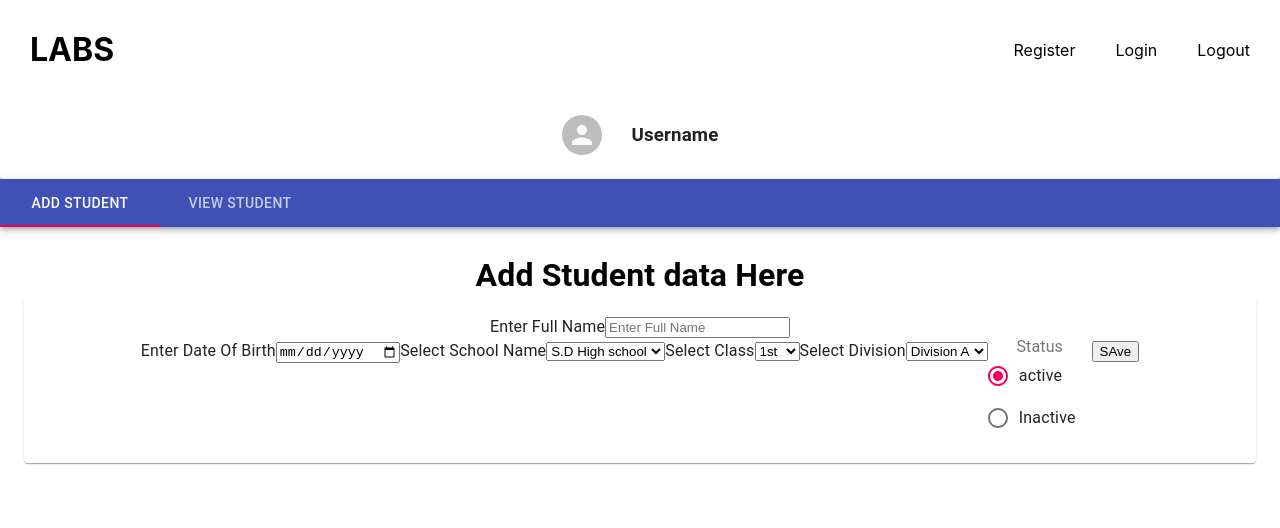
Repository: Prafullkuma/labsdata
Page: /admin
An editor plug-in stored every save of this project. The page is shown before and after the next save, followed by the edit.
The browser window is 1280 px wide. The pictures show the whole page.
The project was rebuilt for these pictures with package versions that can differ from the ones it lists, and the page was loaded fresh each time. Also part of the build but not shown: src/Component/Student/ViewStudent.js, src/Component/Main.js, src/Auth/Login.js, src/Auth/Signup.js, src/Auth/Logout.js.

Above is the page before, as saved 2020-08-25 18:34:11.

After the next save:
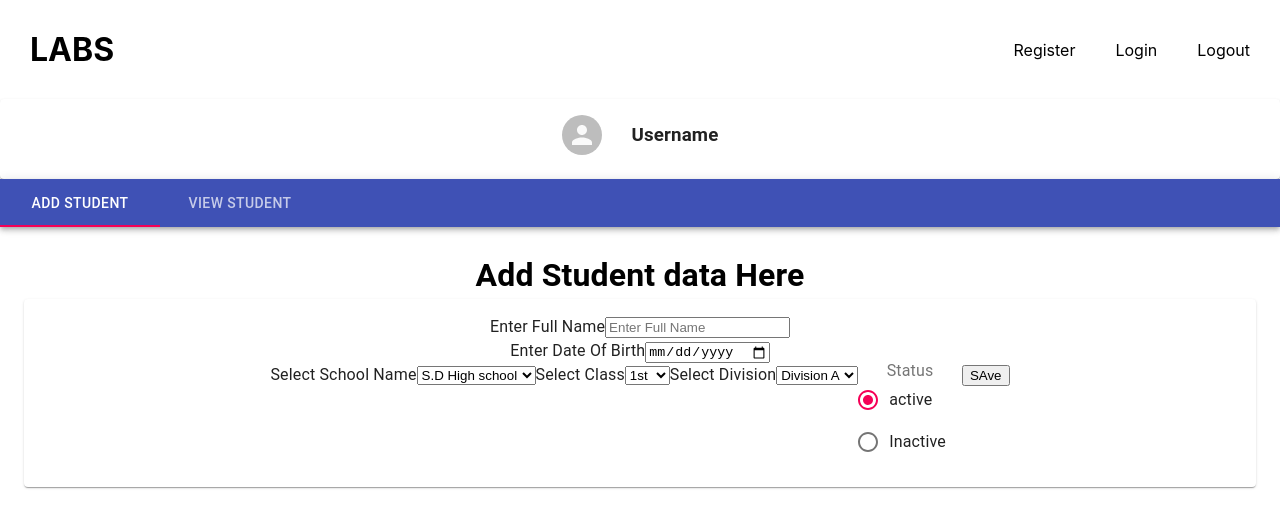
Saved 23 s later.
--- a/src/Component/Student/Addstudent.js
+++ b/src/Component/Student/Addstudent.js
@@ -43,12 +43,12 @@ function Addstudent() {
 
                             </div>
                             <div>
+                                <label> Enter Date Of Birth</label>
+                                <input type="date" value={date}
+                                    onChange={e => setDate(e.target.value)}
+                                    className="'date enchiladac" />
 
                             </div>
-                            <label> Enter Date Of Birth</label>
-                            <input type="date" value={date}
-                                onChange={e => setDate(e.target.value)}
-                                className="'date enchiladac" />
 
                             <label>Select School Name</label>
                             <select value={Sname} onChange={e => setSname(e.target.value)}>
